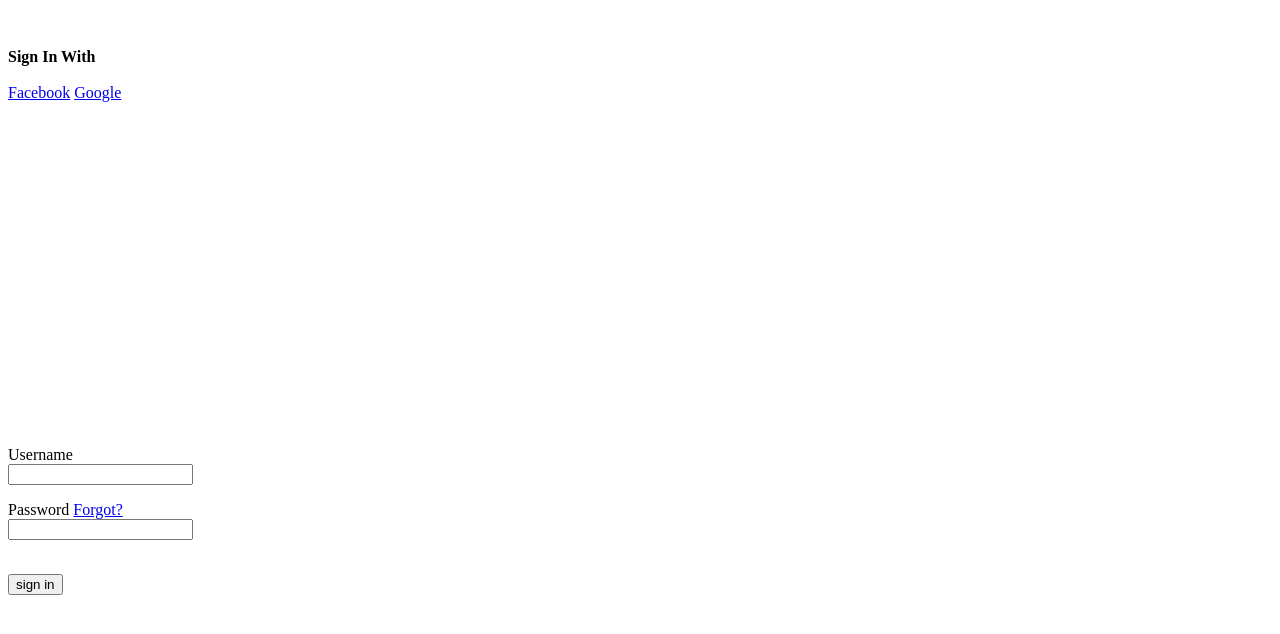
Repository: Tobby004/bdc-assignment-2
Page: index.html
The author's editor kept a copy of each file at every save. The page is drawn from the files as they stood at one save, then again after the next save.
The browser window is 1280 px wide. The pictures show the whole page.

Above is the page before, as saved 2023-02-11 07:00:15.

After the next save:
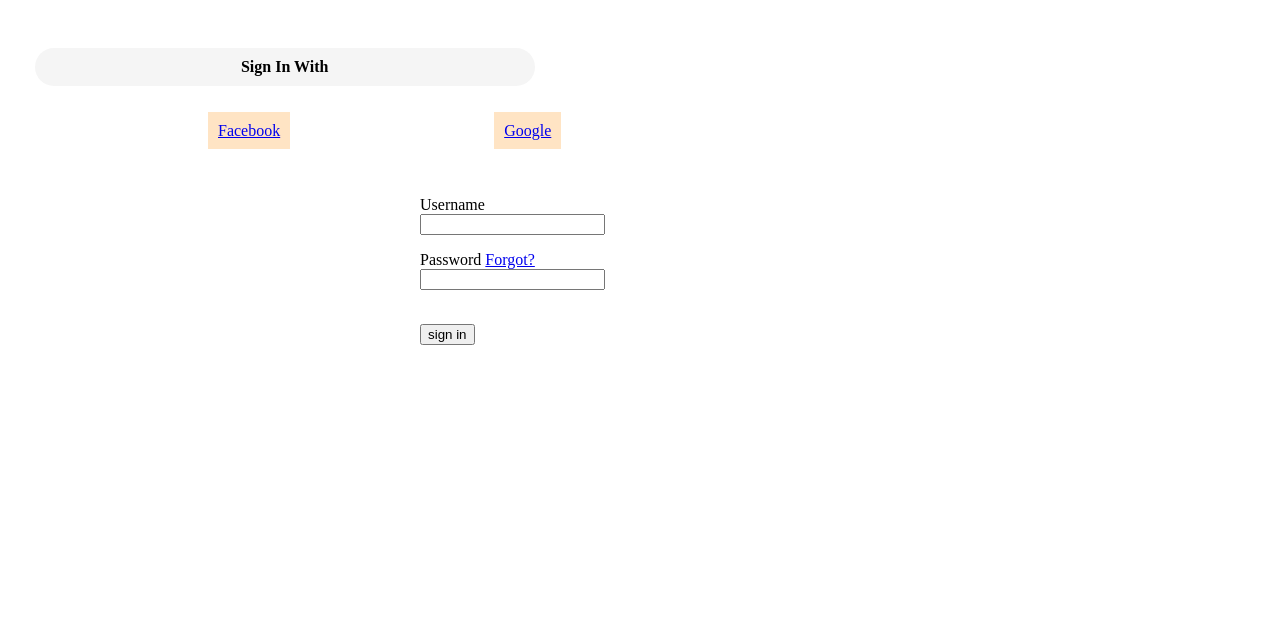
Saved 3 min 15 s later.
--- a/task.css
+++ b/task.css
@@ -1,5 +1,31 @@
 *{
     box-sizing:border-box;
+}
+header b {
+    background-color:whitesmoke ;
+    display: flex;
+    padding: 10px;
+    border-radius: 40px;
+    margin-right: auto;
+    margin-left: auto;
+    max-width: 500px;
+    justify-content: center;
+}
+header a {
+    padding: 10px;
+    display: flexbox;
+    background-color: bisque;
+    margin-left: 200px;
+
+    max-width: 500px
+}
+.form-input{
+    display: block;
+    max-width: 500px;
+    height: 10px;
+    padding: 30px;
+    margin-left: auto;
+    margin-right: auto;
 }
 .box-container {
     justify-content: space-between;
@@ -7,7 +33,4 @@
     margin-block: 10px;
     margin-top: 30px;
 }
-.box1 {
-    height: 400px;
-    width: 500px;
-}
+box
